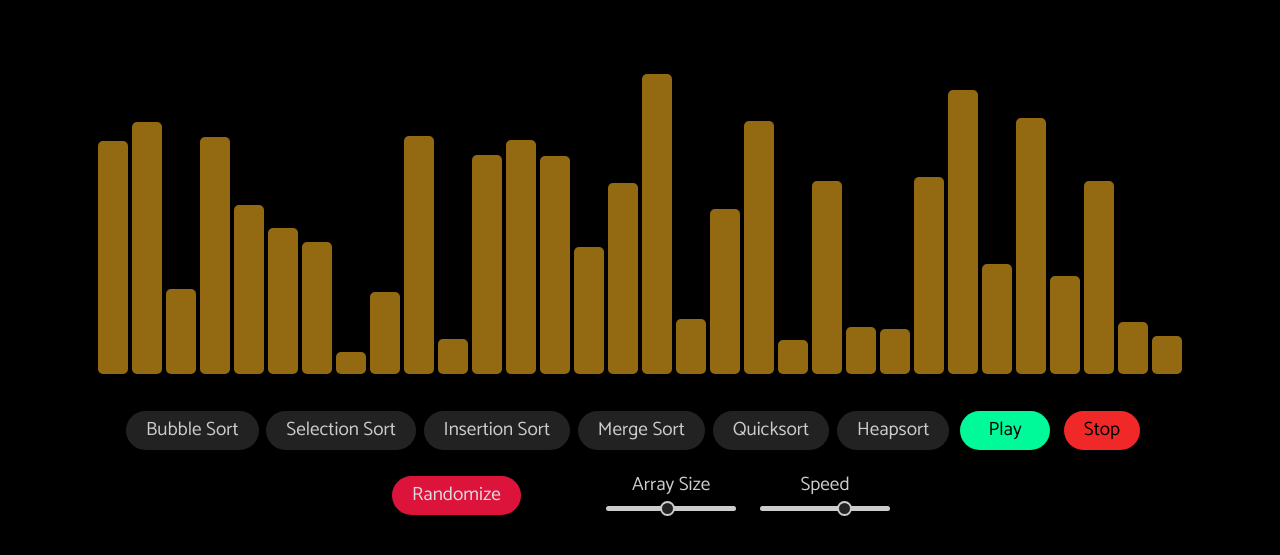
Repository: sneha1010/Sorting-visualizer
Page: index.html
An editor plug-in stored every save of this project. The page is shown before and after the next save, followed by the edit.
The browser window is 1280 px wide. The pictures show the whole page.

Above is the page before, as saved 2022-06-15 17:13:05.

After the next save:
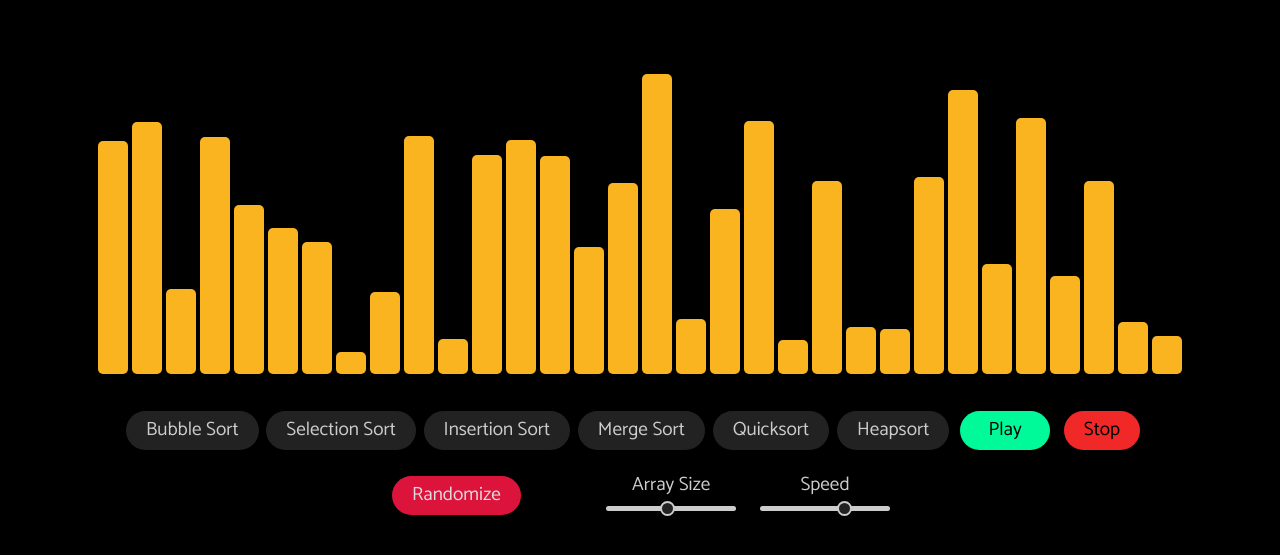
Saved 36 s later.
--- a/assets/script.js
+++ b/assets/script.js
@@ -11,7 +11,7 @@
 
 const WAITING_TIME = 100;
 
-const UNSORTED = '#936A11';
+const UNSORTED = '#F9B420';
 const SORTED = 'mediumspringgreen';
 const COMPARE = 'crimson';
 const SELECTED = 'blueviolet';
